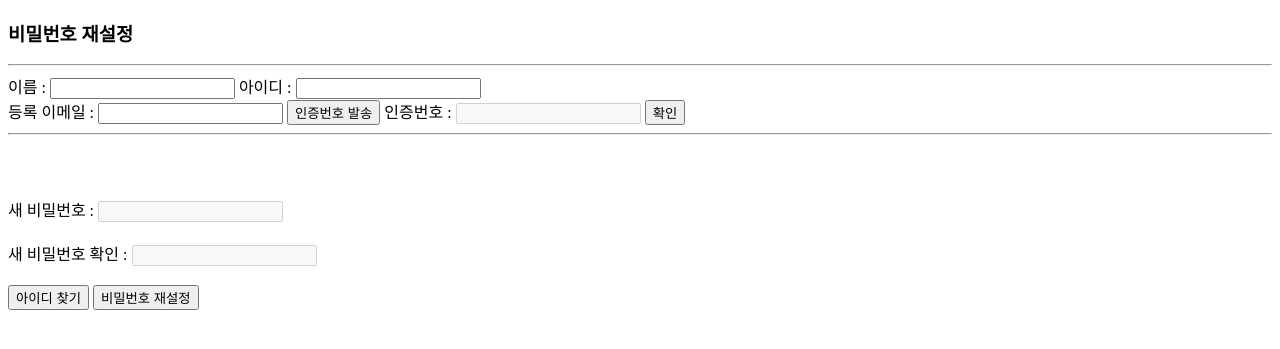
Repository: ssookkii/BusyBee
Page: http://localhost/BusyBee/WEB-INF/views/noTiles/newPassword.jsp
The author's editor kept a copy of each file at every save. The page is drawn from the files as they stood at one save, then again after the next save.
The browser window is 1280 px wide. The pictures show the whole page.
The page is served by Tomcat 9. Nobody is signed in. The template is opened directly, without the code that normally fills it, so the values that code supplies are empty.

Above is the page before, as saved 2023-03-18 07:55:43.

After the next save:
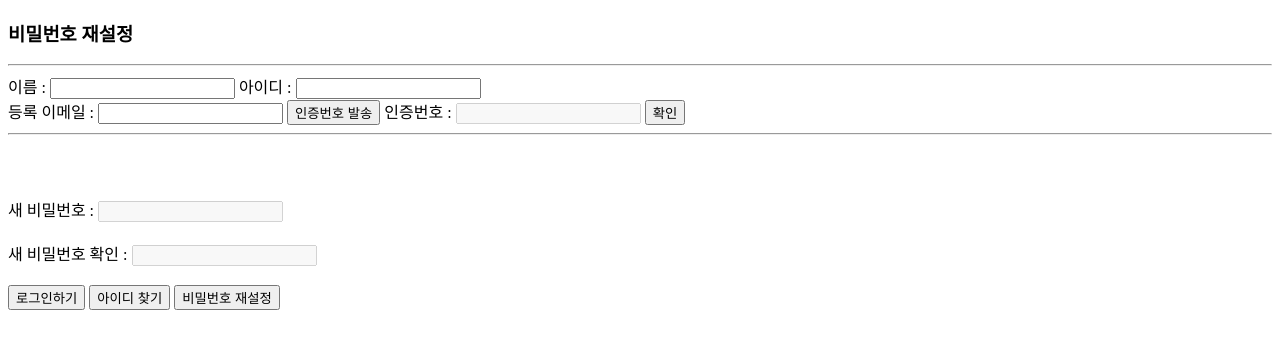
Saved 42 s later.
--- a/BusyBee/src/main/webapp/WEB-INF/views/noTiles/newPassword.jsp
+++ b/BusyBee/src/main/webapp/WEB-INF/views/noTiles/newPassword.jsp
@@ -24,6 +24,7 @@
 <h3 id='pwdCheck1'></h3>
 새 비밀번호 확인 : <input type='password' id='pwd2' disabled="disabled">
 <h3 id='pwdCheck2'></h3>
+<button type="button" onclick="location.href='loginMain.do'">로그인하기</button>
 <button type="button" onclick="location.href='findId.do'">아이디 찾기</button>
 <button type="button">비밀번호 재설정</button>
 
